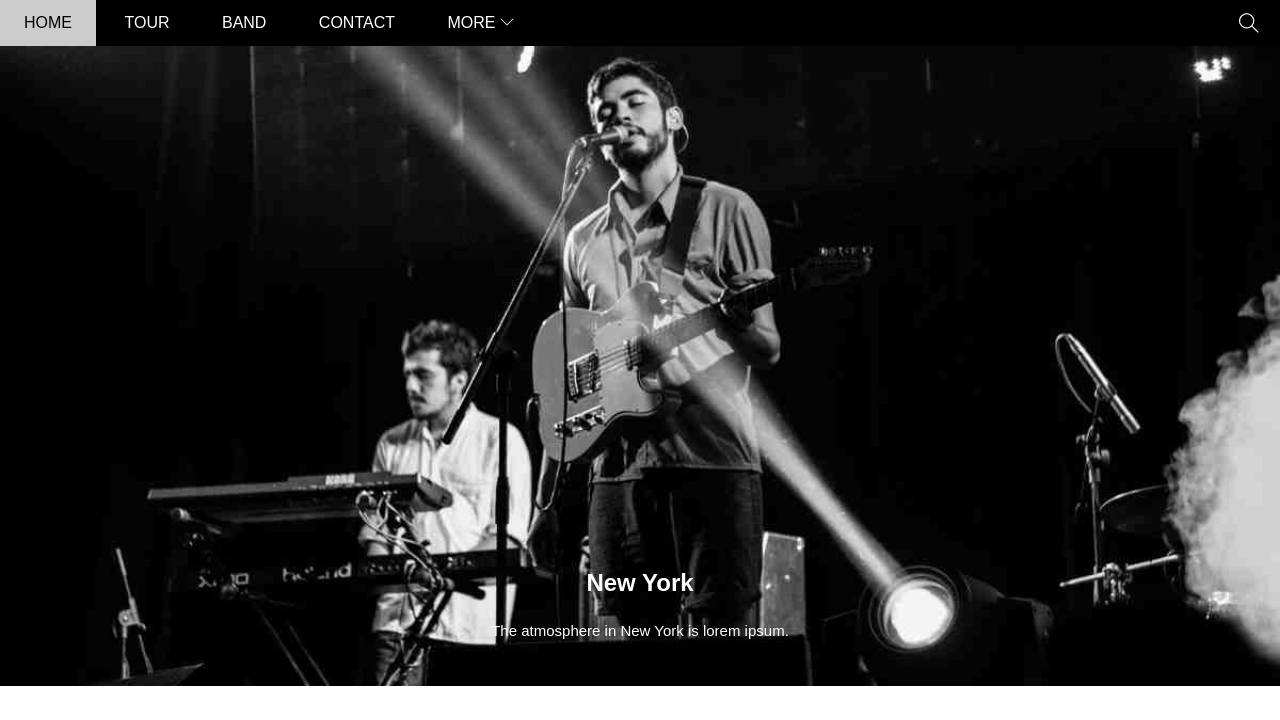
Repository: maivannhan1998/git-w3band
Page: index.html
These files come from the project's save history. The page is drawn as it stood at one moment and after the next save; the edit follows.
The browser window is 1280 px wide. The pictures show the whole page.

Above is the page before, as saved 2021-09-04 21:54:21.

After the next save:
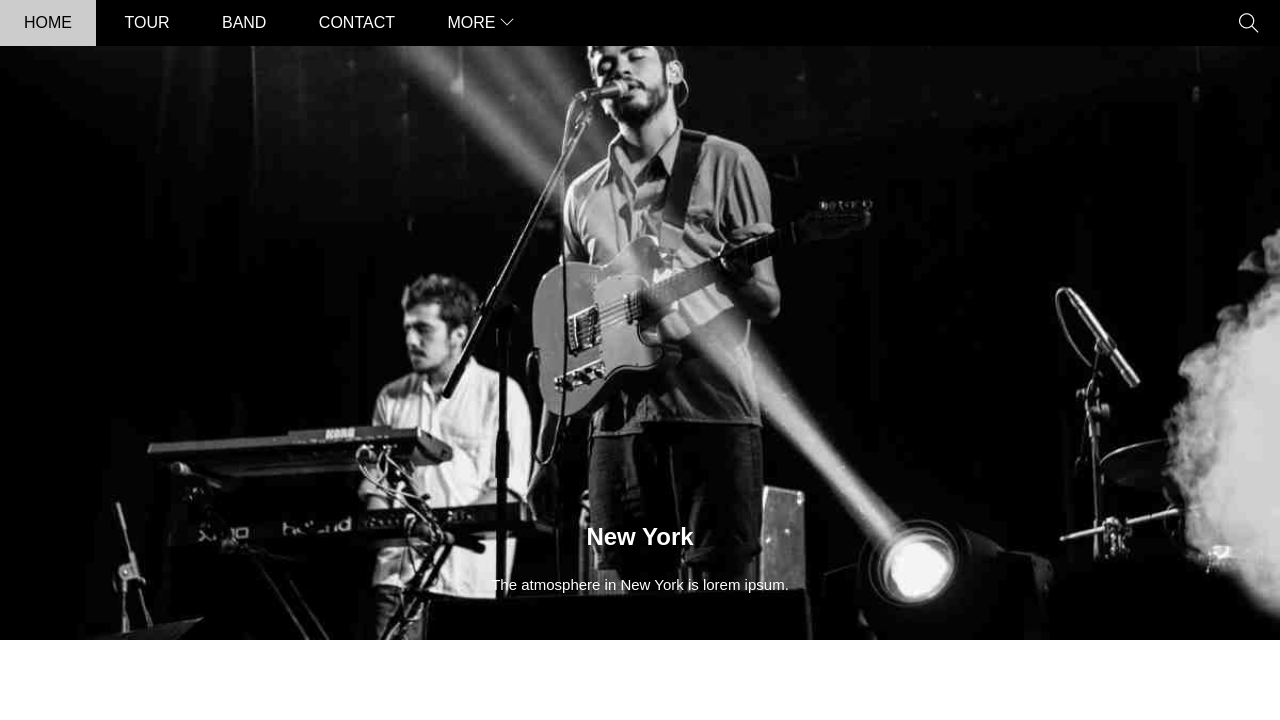
Saved 43 s later.
--- a/asset/css/style.css
+++ b/asset/css/style.css
@@ -15,6 +15,10 @@ html{
 }
 
 #header{
+    position: fixed;
+    top: 0;
+    left: 0;
+    right: 0;
     height: 46px;
     background-color: #000;
     z-index: 1;
